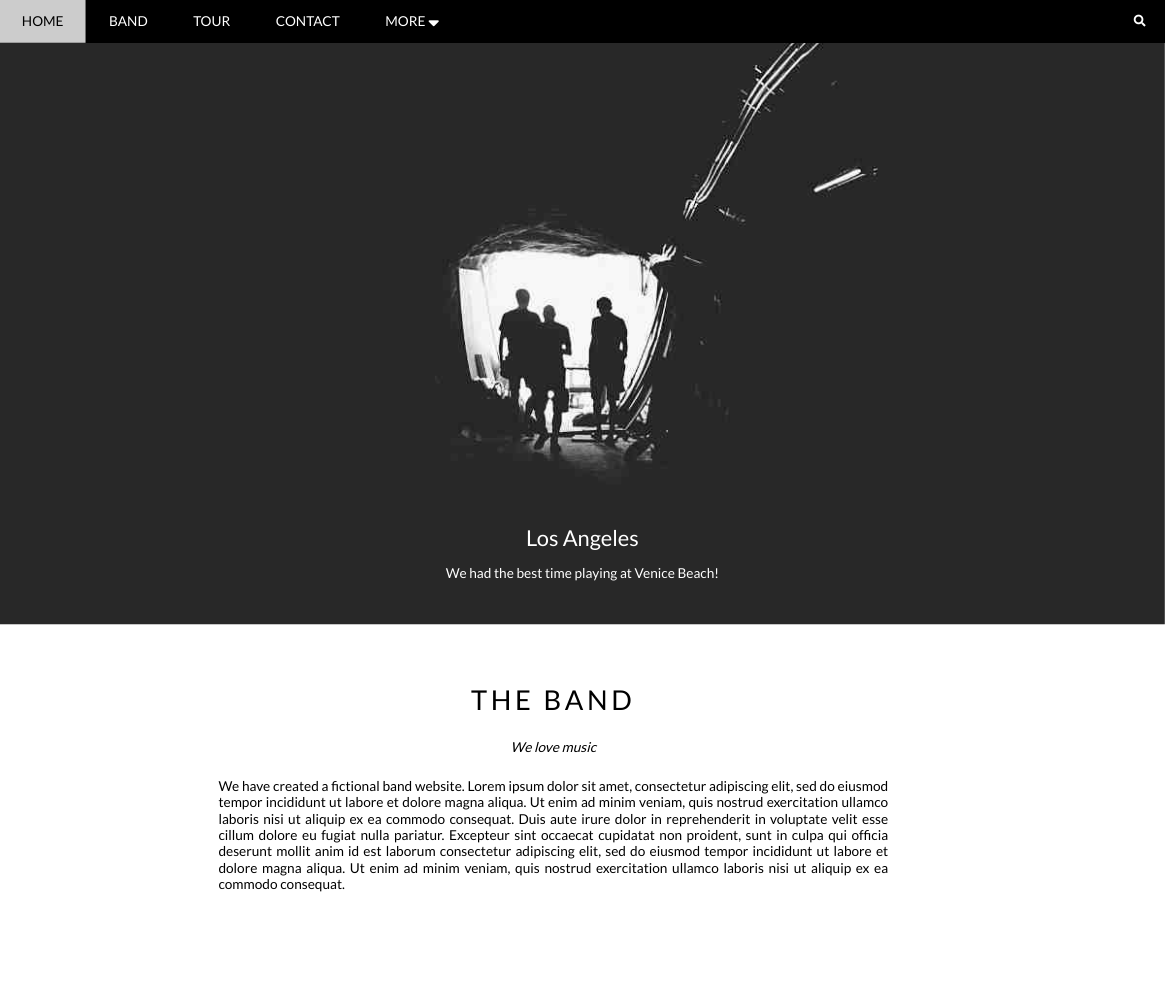
Repository: nguyenthaicong265/w3-band
Page: index.html
The author's editor kept a copy of each file at every save. The page is drawn from the files as they stood at one save, then again after the next save.
The browser window is 1280 px wide. The pictures show the whole page, at 91% of full size.

Above is the page before, as saved 2021-12-28 16:46:14.

### index.html
<!DOCTYPE html>
<html lang="en">
<head>
    <meta charset="UTF-8">
    <meta http-equiv="X-UA-Compatible" content="IE=edge">
    <meta name="viewport" content="width=device-width, initial-scale=1.0">
    <title>Document</title>
    <link rel="stylesheet" href="./assets/css/styles.css">
    <link rel="stylesheet" href="https://fonts.googleapis.com/css?family=Lato">
    <link rel="stylesheet" href="./assets/font/themify-icons-font/themify-icons/themify-icons.css">
    <link rel="stylesheet" href="./assets/font/fontawesome-free-5.15.4-web/css/all.css">
</head>
<body>
    <div id="main">
        <div id="header">
            <ul id="nav">
                <li><a href="">Home</a></li>
                <li><a href="">Band</a></li>
                <li><a href="">Tour</a></li>
                <li><a href="">Contact</a></li>
                <li>
                    <a href="#">
                        More
                        <i class="fas fa-sort-down"></i>
                    </a>
                    <ul class="subnav">
                        <li><a href="#">Merchandise</a></li>
                        <li><a href="#">Extras</a></li>
                        <li><a href="#">Media</a></li>
                    </ul>
                </li>
            </ul>
            <div class="search-button">
                <i class="fas fa-search"></i>
            </div>
        </div>

        <div id="slider">
            <div class="text-content">
                <h2 class="text-head">Los Angeles
                </h2>
                <div class="text-description">We had the best time playing at Venice Beach!
                </div>
            </div>
        </div>

        <div id="content">
            <div class="content-section">
                <h2 class="section-heading">
                THE BAND
                </h2>
                <p class="section-sub-heading">
                We love music
                </p>
                <p class="about-text">We have created a fictional band website. Lorem ipsum dolor sit amet, consectetur adipiscing elit, sed do eiusmod tempor incididunt ut labore et dolore magna aliqua. Ut enim ad minim veniam, quis nostrud exercitation ullamco laboris nisi ut aliquip ex ea commodo consequat. Duis aute irure dolor in reprehenderit in voluptate velit esse cillum dolore eu fugiat nulla pariatur. Excepteur sint occaecat cupidatat non proident, sunt in culpa qui officia deserunt mollit anim id est laborum consectetur adipiscing elit, sed do eiusmod tempor incididunt ut labore et dolore magna aliqua. Ut enim ad minim veniam, quis nostrud exercitation ullamco laboris nisi ut aliquip ex ea commodo consequat.
                </p>

            </div>

            <div class="content-section">

            </div>

            <div class="content-section">

            </div>
        </div>

        <div id="footer">

        </div>
    </div>
</body>
</html>

### assets/css/styles.css
/* Reset CSS */
* {
    padding: 0;
    margin: 0;
    box-sizing: border-box;
}

html {
    font-family: "Lato", sans-serif;
    font-size: 62.5%;
}

#main {

}

#header {
    position: fixed;
    top: 0;
    left: 0;
    right: 0;
    height: 46.5px;
    background-color: #000000;
    z-index: 1;
}

#header .search-button {
    float: right;
    padding: 0 21px;
}

#header .search-button:hover {
    cursor: pointer;
    background-color: #f44336!important;
}

#header .fa-search {
    color: #ffffff;
    font-size: 13px;
    line-height: 46px;
}

#nav, .subnav {
    display: inline-block;
    list-style-type: none;
}

#nav > li {
    display: inline-block;
}

#nav li {
    position: relative;
}

#nav > li > a {
    color: #ffffff;
    text-transform: uppercase;
}

#nav li a {
    text-decoration: none;
    line-height: 46.5px;
    padding: 0px 24px;
    font-size: 1.5rem;
    display: block;
}

#nav .fa-sort-down {
    font-size: 20px;
}

#nav li:hover .subnav {
    display: block;

}

#nav > li:hover > a,
#nav .subnav li:hover a {
    color: #000 !important;
    background-color: #ccc !important;
}

#nav .subnav {
    display: none;
    position: absolute;
    min-width: 160px;
    top: 46.5px;
    background-color: #ffffff;
    box-shadow: 0 0 10px rgba(0, 0, 0, 0.3);
}

#nav .subnav a {
    color: #000;
    padding: 0 12px;
    line-height: 38px;
}

#slider {
    position: relative;
    margin-top: 46px;
    padding-top: 50%;
    background: url(/assets/img/slider/slider1.jpg) top center / cover no-repeat;
}

#slider .text-content {
    position: absolute;
    color:#ffffff;
    bottom: 48px;
    width: 100%;
    text-align: center;
}

#slider .text-head {
    font-weight: 100;
    font-size: 24px;
    margin-bottom: 10px;
}
#slider .text-description {
    font-size: 15px;
    margin-top: 15px;
}

#content {

}

#content .content-section {
    width: 800px;
    margin-left: auto;
    margin-right: auto;
    padding: 64px 64px 0 0 ;

}

#content .section-heading {
    font-size: 30px;
    font-weight: 500;
    letter-spacing: 4px;
    text-align: center;
}

#content .section-sub-heading {
    font-size: 15px;
    font-style: italic;
    text-align: center;
    margin-top: 25px;
}

#content .about-text {
    text-align: justify;
    font-size: 15px;
    margin-top: 25px;
}

#footer {

}

Loaded but not shown: assets/font/themify-icons-font/themify-icons/themify-icons.css (common file); assets/font/fontawesome-free-5.15.4-web/css/all.css (library)

After the next save:
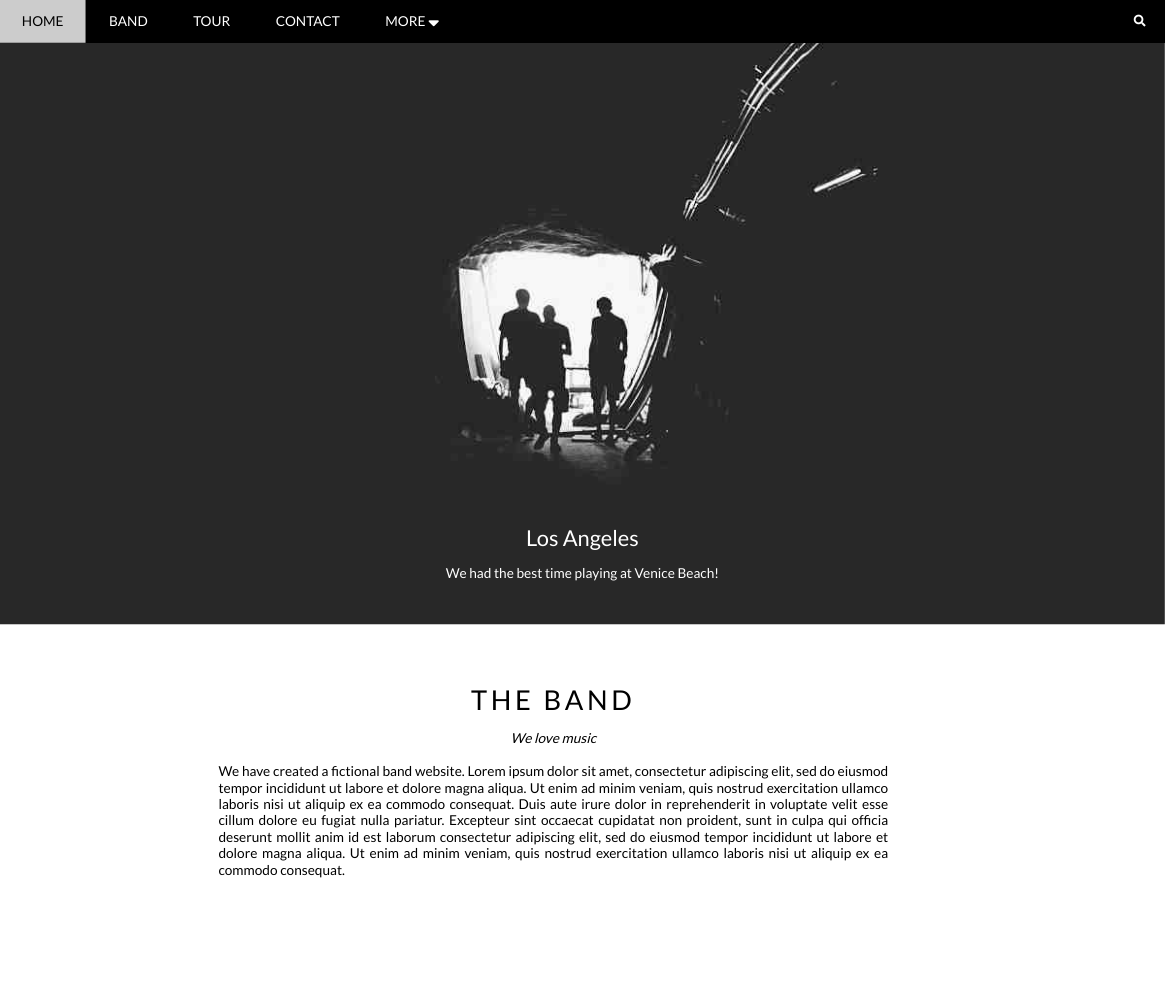
Saved 35 s later.
--- a/assets/css/styles.css
+++ b/assets/css/styles.css
@@ -144,6 +144,7 @@
     font-size: 15px;
     font-style: italic;
     text-align: center;
+    line-height: 1.5px;
     margin-top: 25px;
 }
 

After the save that followed:
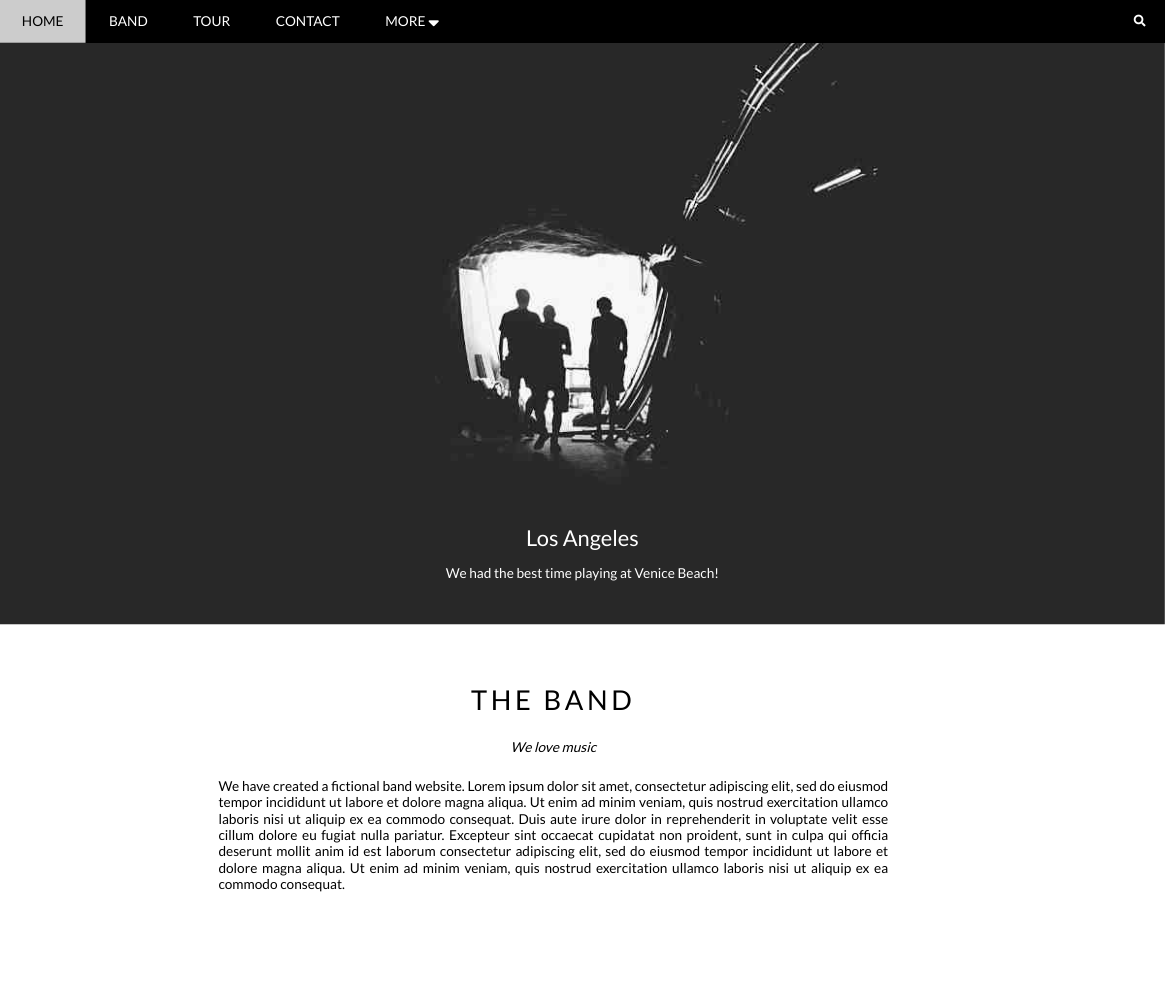
Saved 8 s later.
--- a/assets/css/styles.css
+++ b/assets/css/styles.css
@@ -144,7 +144,7 @@
     font-size: 15px;
     font-style: italic;
     text-align: center;
-    line-height: 1.5px;
+
     margin-top: 25px;
 }
 
